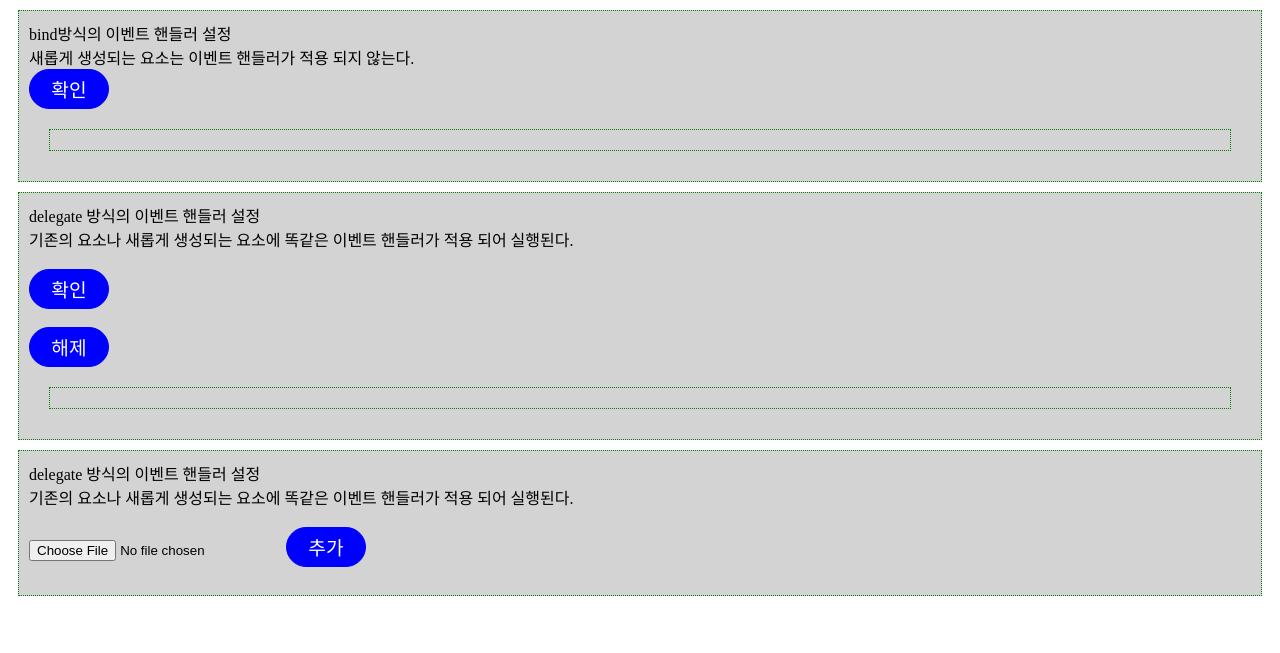
Repository: JJaeHwan/HTML
Page: jquerypro/WebContent/0116/이벤트메소드2.html
An editor plug-in stored every save of this project. The page is shown before and after the next save, followed by the edit.
The browser window is 1280 px wide. The pictures show the whole page.
After loading, the first visible `input.btn4` was clicked once.

Above is the page before, as saved 2023-01-16 07:22:28.
Console error (its wording comes from the project's code and is left out).

After the next save:
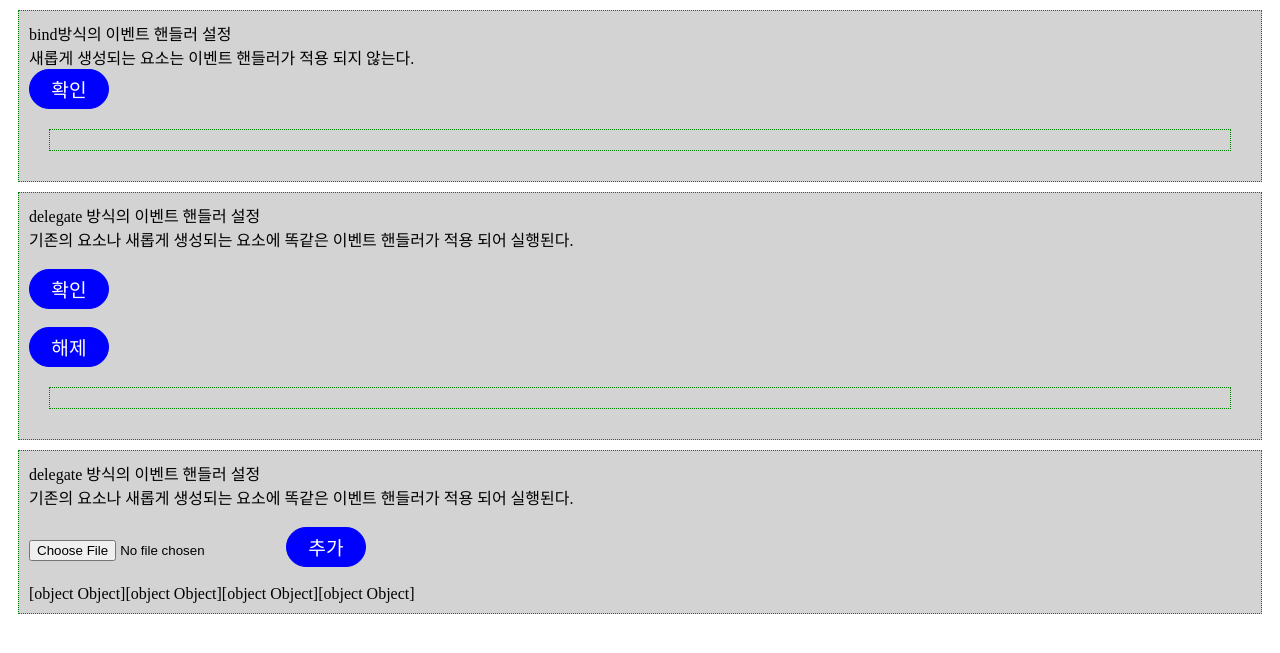
The error is gone.
Saved 2 min 46 s later.
--- a/jquerypro/WebContent/0116/이벤트메소드2.html
+++ b/jquerypro/WebContent/0116/이벤트메소드2.html
@@ -38,7 +38,8 @@
 			vfile += $('<input type="button" value="삭제" class="del">');
 			vfile += $('</div>');
 
-			$(vfile).appendTo('#filebox');
+// 			$(vfile).appendTo('#filebox');
+			$('#filebox').append(vfile);
 		})
 
 
